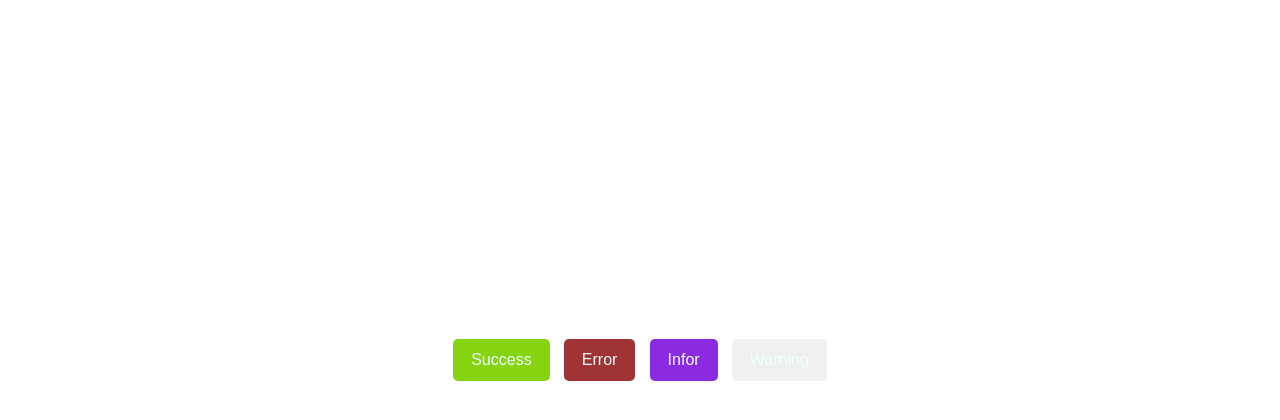
Repository: thuynguyen0964/Toast-Cooler
Page: index.html
The author's editor kept a copy of each file at every save. The page is drawn from the files as they stood at one save, then again after the next save.
The browser window is 1280 px wide. The pictures show the whole page.

Above is the page before, as saved 2023-01-27 16:39:10.

After the next save:
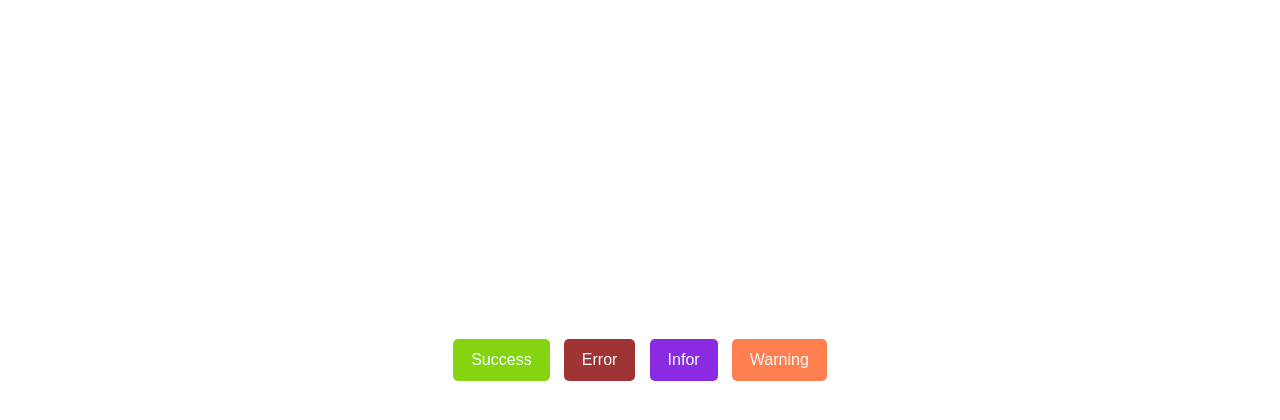
Saved 7 s later.
--- a/app/style.css
+++ b/app/style.css
@@ -85,7 +85,7 @@ body{
     background-color: blueviolet;
 }
 .btn#Warning{
-    background-color: ;
+    background-color: coral;
 }
 @keyframes fadeout {
     0%{
